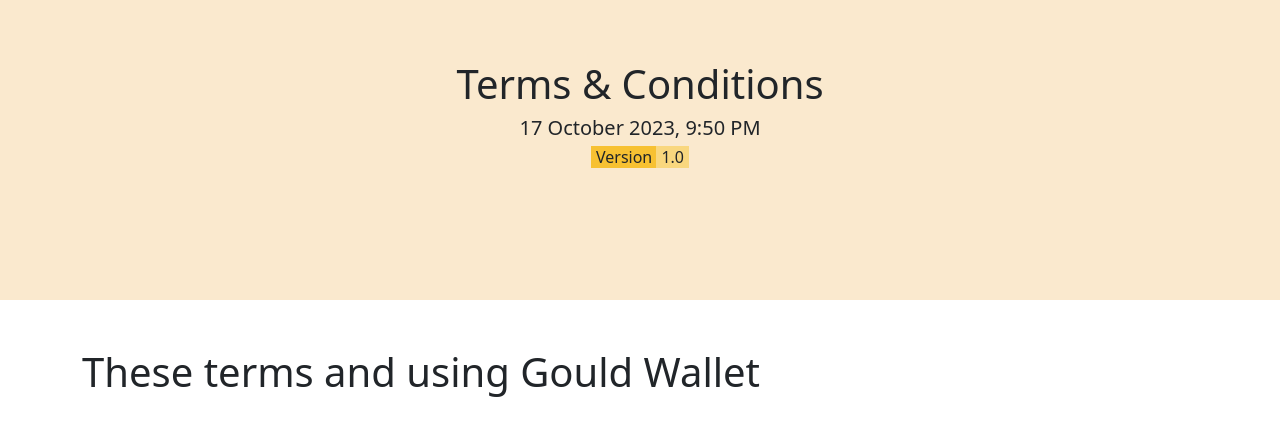
Repository: injectGroup/github.io
Page: terms.html
The author's editor kept a copy of each file at every save. The page is drawn from the files as they stood at one save, then again after the next save.
The browser window is 1280 px wide. The pictures show the whole page.

Above is the page before, as saved 2023-11-30 07:30:33.

### terms.html
<!doctype html>
<html lang="en">

<head>
    <meta charset="utf-8">
    <meta name="viewport" content="width=device-width, initial-scale=1">
    <title>Bootstrap demo</title>
    <!-- GOULD CUSTOM CSS-->
    <link rel="stylesheet" href="/gouldwalletlegal/css/gouldcustom.css">
    <!--- BOOTSTRAP CDN -->
    <link href="https://cdn.jsdelivr.net/npm/bootstrap@5.3.2/dist/css/bootstrap.min.css" rel="stylesheet"
        integrity="sha384-T3c6CoIi6uLrA9TneNEoa7RxnatzjcDSCmG1MXxSR1GAsXEV/Dwwykc2MPK8M2HN" crossorigin="anonymous">
</head>

<body>
    <!-- Content here -->
    <div class="container-fluid text-center terms-content">
        <div class="row align-items-center">
            <div class="col align-self-center">
                <h1 class="text-center">
                    Terms & Conditions
                </h1>
            </div>
        </div>
        <div class="row align-items-center">
            <h5 class="version-date">
                17 October 2023, 9:50 PM
            </h5>
            <div class="col align-self-center">
                <h6 class="text-center">
                    <span class="version">Version</span>
                    <span class="version-number">1.0</span>
                </h6>
            </div>

        </div>
    </div>
    <!-- BODY -->
    <div class="container-md mt-5">
        <h1>These terms and using Gould Wallet</h1>
    </div>
    <!-- BOOTSTRAP JS-->
    <script src="https://cdn.jsdelivr.net/npm/bootstrap@5.3.2/dist/js/bootstrap.bundle.min.js"
        integrity="sha384-C6RzsynM9kWDrMNeT87bh95OGNyZPhcTNXj1NW7RuBCsyN/o0jlpcV8Qyq46cDfL"
        crossorigin="anonymous"></script>
</body>

</html>

### gouldwalletlegal/css/gouldcustom.css
/*
 *AUTHOR: Abdulkadir Mohammed @ Inject
 *DATE: Wed 29 November 2023
  *
 *This is a custom css for gould wallet.
 */
/*****************************
 *********** HEAD ***********
 *****************************/
.terms-content {
    background-color: #FAE9CE;
    padding: 16px 0px 16px 0px;
    height: 300px;
    width: 100%;
    padding-top: 60px;
    margin-right: auto;
    margin-left: auto;
    display: block;
    box-sizing: border-box;
}

.version {
    background-color: #F7C132;
    width: 100px;
    padding-left: 5px;
    padding-right: 5px;
    margin-right: -5px;
}

.version-number {
    background-color: #F9D77E;
    padding-left: 5px;
    padding-right: 5px;
}


/*****************************
  *********** BODY ***********
 *****************************/

/*****************************
 *********** FOOTER ***********
*****************************/

After the next save:
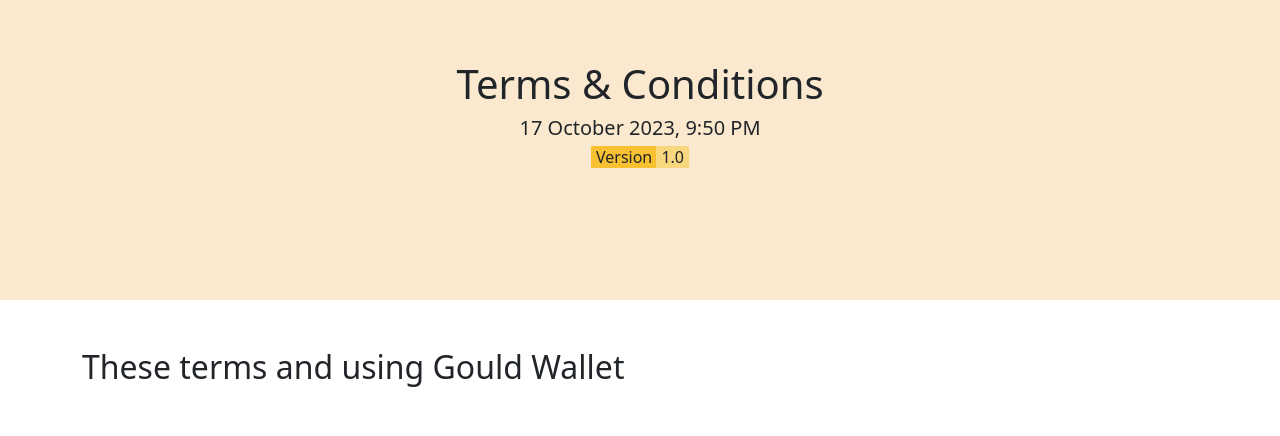
Saved 44 s later.
--- a/terms.html
+++ b/terms.html
@@ -37,7 +37,7 @@
     </div>
     <!-- BODY -->
     <div class="container-md mt-5">
-        <h1>These terms and using Gould Wallet</h1>
+        <h2>These terms and using Gould Wallet</h2>
     </div>
     <!-- BOOTSTRAP JS-->
     <script src="https://cdn.jsdelivr.net/npm/bootstrap@5.3.2/dist/js/bootstrap.bundle.min.js"
